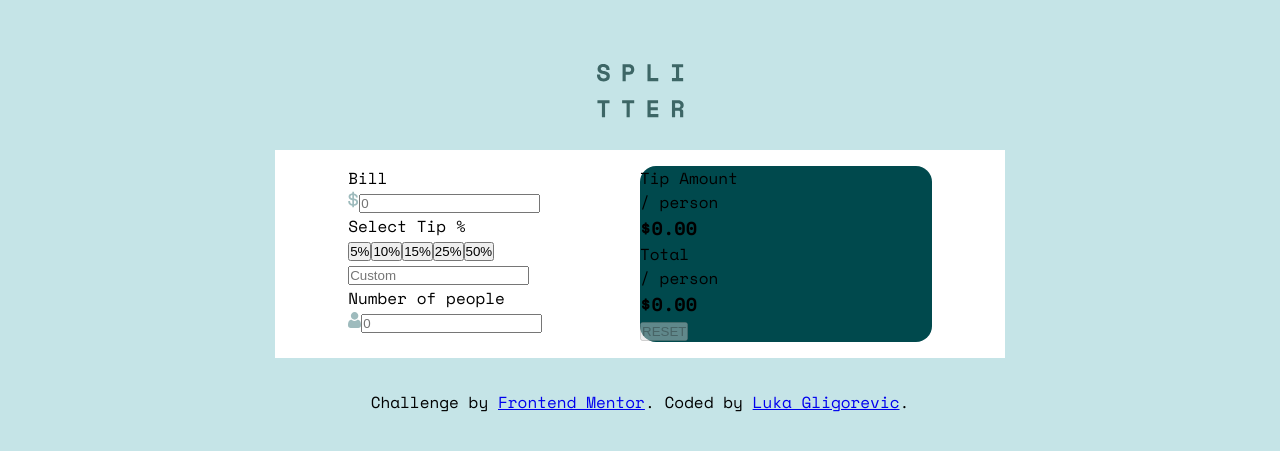
Repository: gligor99/tip-fmentor
Page: /
The author's editor kept a copy of each file at every save. The page is drawn from the files as they stood at one save, then again after the next save.
The browser window is 1280 px wide. The pictures show the whole page.
The project was rebuilt for these pictures with package versions that can differ from the ones it lists, and the page was loaded fresh each time.

Above is the page before, as saved 2021-11-27 17:39:05.

### src/index.css
@import url("https://fonts.googleapis.com/css2?family=Space+Mono:wght@400;700&display=swap");

:root {
  --clr-primary: hsl(172, 67%, 45%);
  --clr-dark-cyan: hsl(183, 100%, 15%);
  --clr-dark-grayish-cyan: hsl(186, 14%, 43%);
  --clr-dark-grayish-cyan2: hsl(184, 14%, 56%);
  --clr-light-grayish-cyan: hsl(185, 41%, 84%);
  --clr-light-grayish-cyan2: hsl(189, 41%, 97%);
  --clr-white: hsl(0, 0%, 100%);
}

*,
::after,
::before {
  margin: 0;
  padding: 0;
  box-sizing: border-box;
}
body {
  font-family: "Space Mono", sans-serif;
  background: var(--clr-light-grayish-cyan);
  color: var(--clr-grey-1);
  line-height: 1.5;
  font-size: 1rem;
}

.App {
  display: flex;
  flex-direction: column;
  justify-content: center;
  padding: 2rem;
  max-height: 100vh;
}

.logo {
  display: flex;
  justify-content: center;
  padding: 2rem;
}

.attribution {
  font-size: 1rem;
  text-align: center;
  padding: 2rem;
}

.container {
  display: flex;
  justify-content: center;
  background-color: var(--clr-white);
  width: 60%;
  margin: auto auto;
  padding-top: 1rem;
  padding-bottom: 1rem;
}
.left-side {
  width: 40%;
}

.right-side {
  background-color: var(--clr-dark-cyan);
  width: 40%;
  border-radius: 1rem;
}

### src/App.tsx
import Footer from "./components/Footer";
import logo from "./assets/logo.svg";
import Tipper from "./components/Tipper";
import { useState } from "react";

function App() {
  const [bill, setBill] = useState(0)
  const [people, setPeople] = useState(0)
  const [total, setTotal] = useState(0)


  return (
    <div className="App">
      <div className="logo">
        <img src={logo} alt="logo" />
      </div>
      <Tipper />
      <Footer name="Luka Gligorevic" />
    </div>
  );
}

export default App;

### src/components/Footer.tsx
type Props = {
  name: String;
};

const Footer: React.FC<Props> = ({ name }) => {
  return (
    <div className="attribution">
      Challenge by{" "}
      <a
        href="https://www.frontendmentor.io?ref=challenge"
        target="_blank"
        rel="noreferrer"
      >
        Frontend Mentor
      </a>
      . Coded by <a href="https://github.com/gligor99">{name}</a>.
    </div>
  );
};

export default Footer;

### src/components/Tipper.tsx
import iconDollar from "../assets/icon-dollar.svg";
import iconPeople from "../assets/icon-person.svg";

const Tipper = () => {
  return (
    <section className="wrapper">
      <section className="container">
        <div className="left-side">
          <form>
            <label htmlFor="bill">Bill</label>
            <div className="input-div">
              <img className="input-icon" src={iconDollar} alt="dollarIcon" />
              <input type="number" placeholder="0" />
            </div>
            <label htmlFor="select-tip">Select Tip %</label>
            <div className="buttons">
              <button className="percentage-btn" data-value="5">
                5%
              </button>
              <button className="percentage-btn" data-value="5">
                10%
              </button>
              <button className="percentage-btn" data-value="5">
                15%
              </button>
              <button className="percentage-btn" data-value="5">
                25%
              </button>
              <button className="percentage-btn" data-value="5">
                50%
              </button>
              <input
                type="number"
                placeholder="Custom"
                className="custom-tip"
              />
            </div>
            <label htmlFor="no-of-people">Number of people</label>
            <div className="input-div">
              <img className="input-icon" src={iconPeople} alt="personIcon" />
              <input type="number" placeholder="0" />
            </div>
          </form>
        </div>
        <div className="right-side">
          <div className="results-tip">
            <div className="results-text">
              <p className="results-label">Tip Amount</p>
              <p className="per-person">/ person</p>
            </div>
            <div className="tip-result">
              <h1 id="tip-result">$0.00</h1>
            </div>
          </div>
          <div className="results-total">
            <div className="results-text">
              <p className="results-label">Total</p>
              <p className="per-person">/ person</p>
            </div>
            <div className="total-result">
              <h1 id="total-result">$0.00</h1>
            </div>
          </div>
          <button className="reset-btn" type="reset" disabled>
            RESET
          </button>
        </div>
      </section>
    </section>
  );
};

export default Tipper;

Loaded but not shown: public/index.html (common file); src/index.tsx (common file)

After the next save:
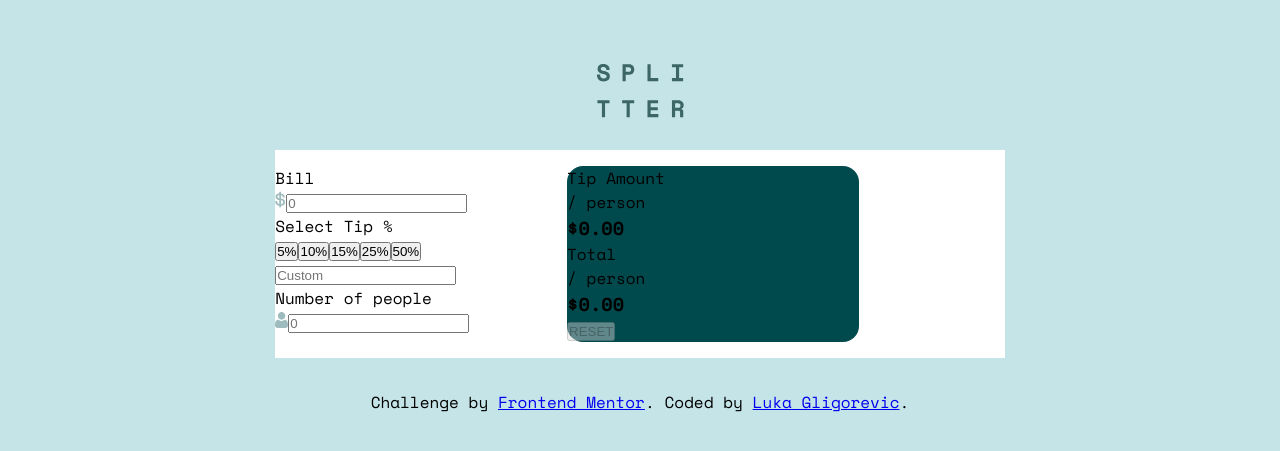
Saved 8 s later.
--- a/src/index.css
+++ b/src/index.css
@@ -47,7 +47,7 @@ body {
 
 .container {
   display: flex;
-  justify-content: center;
+  justify-content: flex-start;
   background-color: var(--clr-white);
   width: 60%;
   margin: auto auto;
